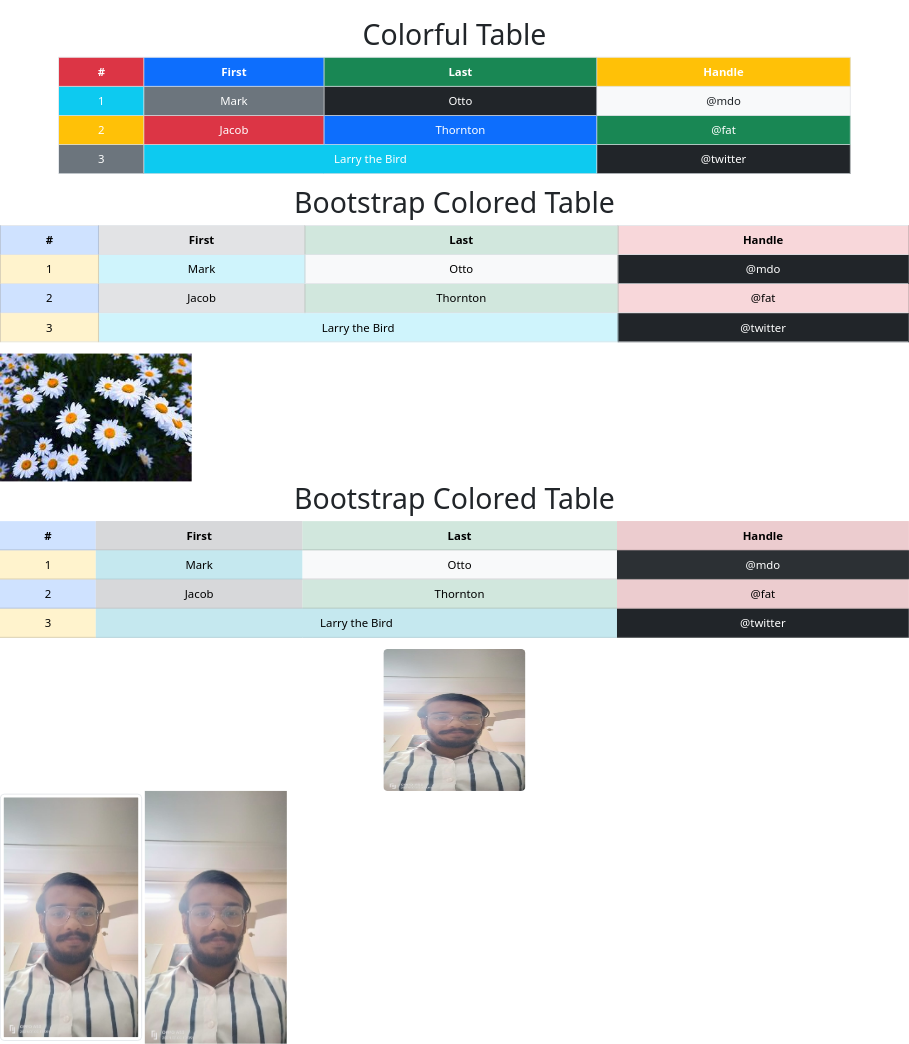
Repository: arunyerram/Web-TEChnologies
Page: BootstrapTables.html
The author's editor kept a copy of each file at every save. The page is drawn from the files as they stood at one save, then again after a run of saves.
The browser window is 1280 px wide. The pictures show the whole page, at 71% of full size.

Above is the page before, as saved 2025-02-22 11:43:52.

After the next 4 saves:
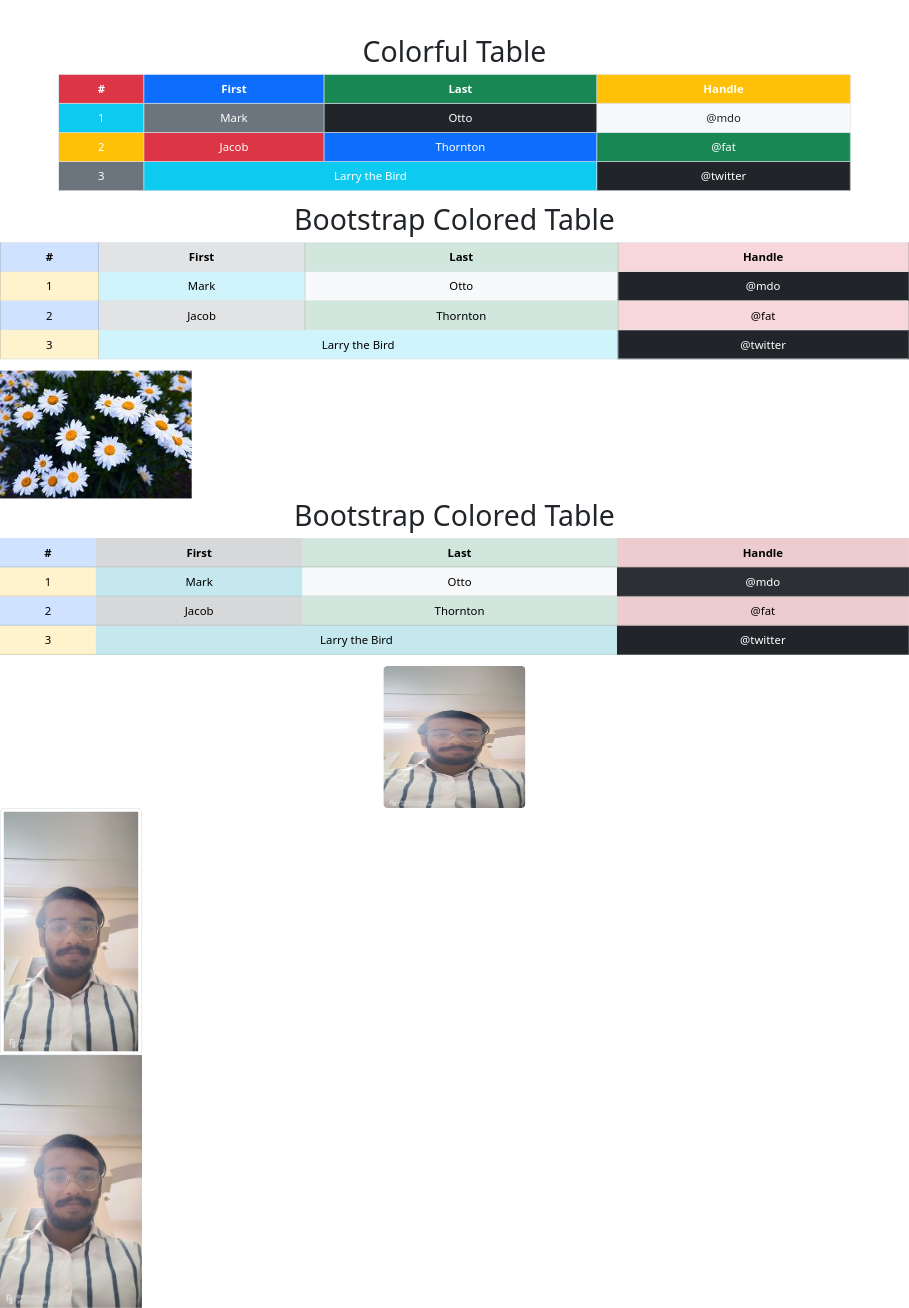
The 4 saves are shown as one change because they came seconds apart.
The last was saved 10 s later.
--- a/BootstrapTables.html
+++ b/BootstrapTables.html
@@ -20,7 +20,7 @@
         }
     </style>
 </head>
-<body>
+<br>
     <div class="container mt-4">
         <h1 class="text-center">Colorful Table</h1>
         <table class="table table-bordered table-custom">
@@ -120,7 +120,7 @@
         <img src="Arun.jpg" class="rounded mx-auto d-block" alt="..." height="200px" width="200px">
 
         <img src="Arun.jpg" class="img-thumbnail" alt="..." height="200px"  width="200px">
-
+        <br/>
         <img src="Arun.jpg" class="img-fluid" alt="..." height="200px"  width="200px">
 </body>
 </html>
